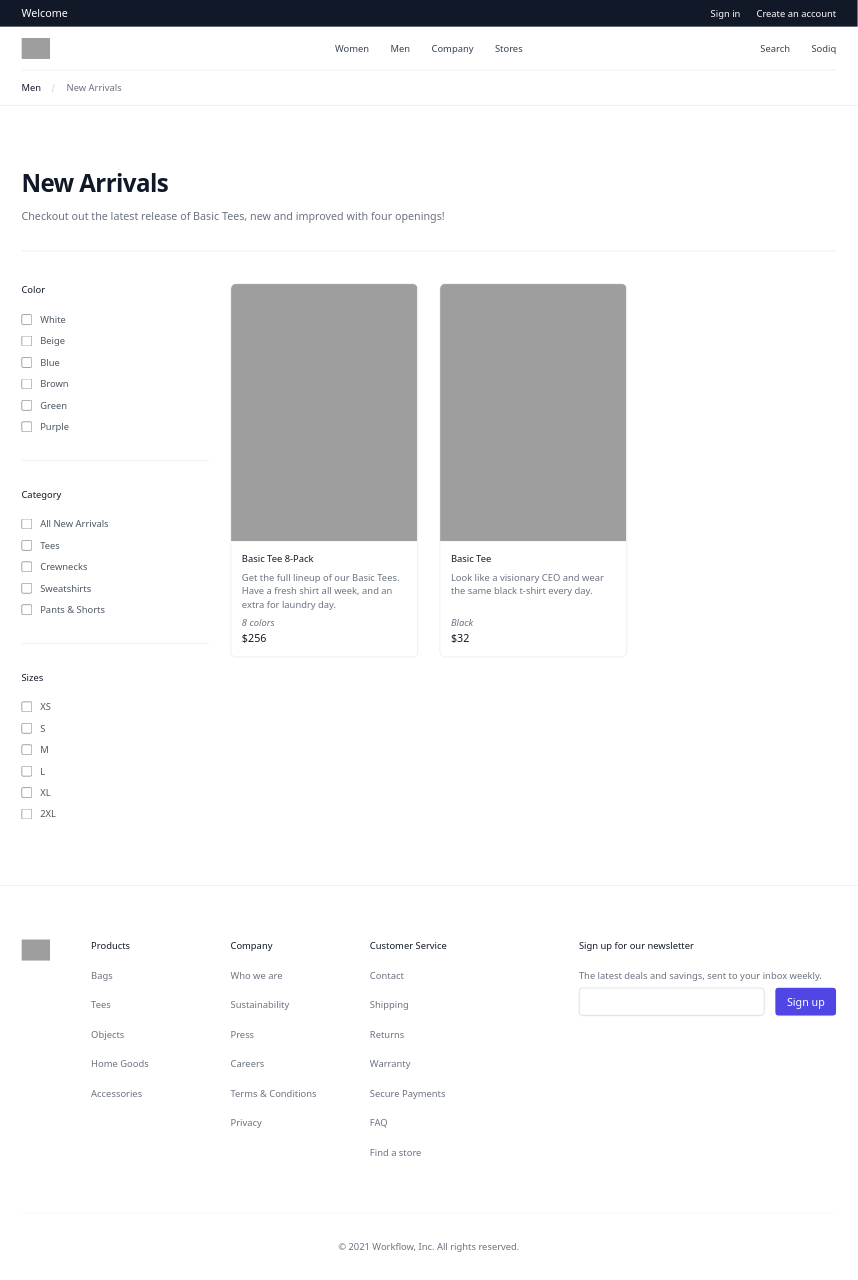
Repository: thasquirrie/animal-farm
Page: /home
An editor plug-in stored every save of this project. The page is shown before and after the next save, followed by the edit.
The browser window is 1280 px wide. The pictures show the whole page, at 67% of full size.
Pictures or frames that could not be fetched are drawn as grey boxes. The project was rebuilt for these pictures with package versions that can differ from the ones it lists, and the page was loaded fresh each time. The framework's server and built-in components were replaced by stand-ins that run in the browser. Also part of the build but not shown: next.config.js.

Above is the page before, as saved 2021-10-01 08:20:29.

After the next save:
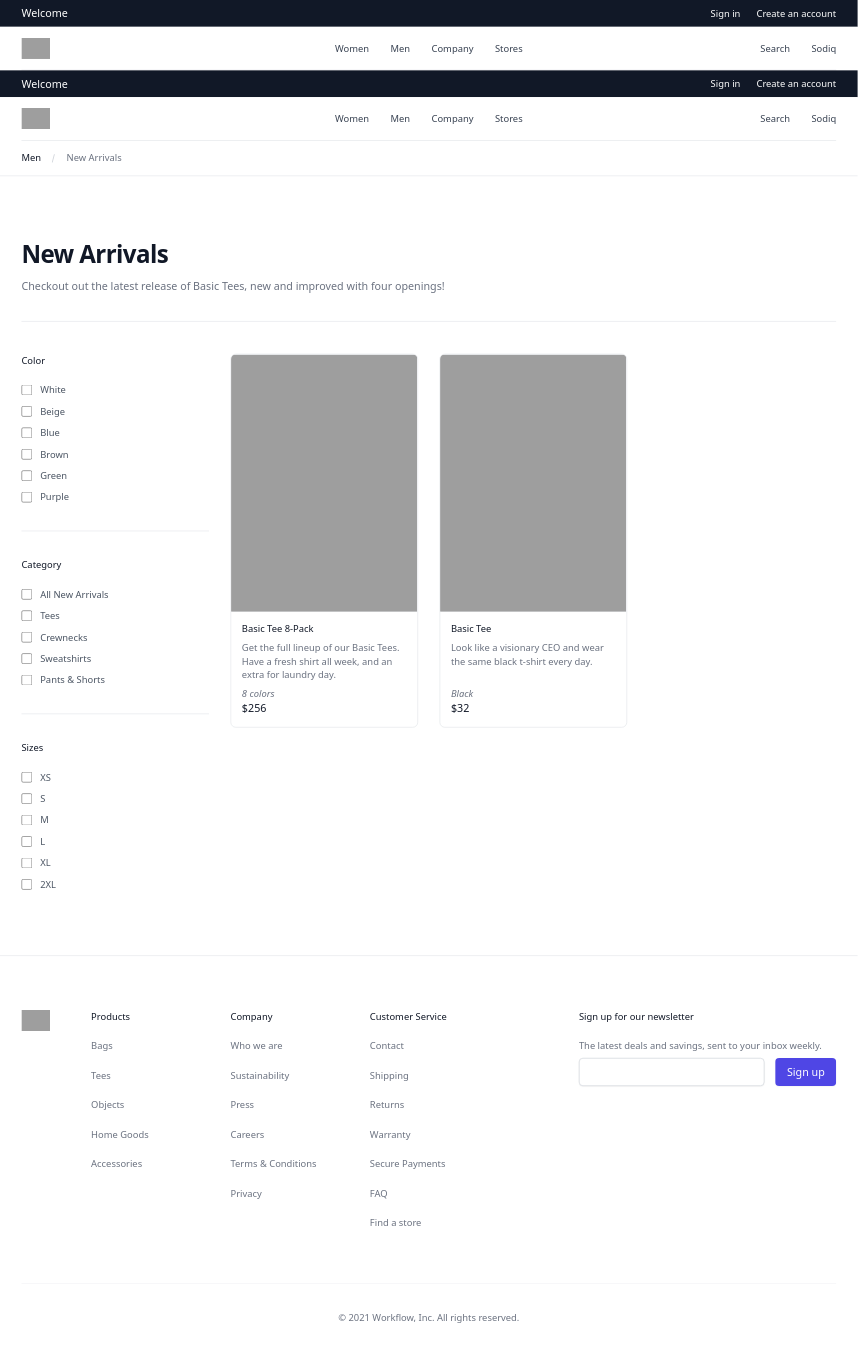
Saved 9 s later.
--- a/pages/_app.js
+++ b/pages/_app.js
@@ -6,7 +6,7 @@ function MyApp({ Component, pageProps }) {
   console.log({ Component, pageProps });
   return (
     <>
-      {/* <Header /> */}
+      <Header />
       <Component {...pageProps} />
     </>
   );
